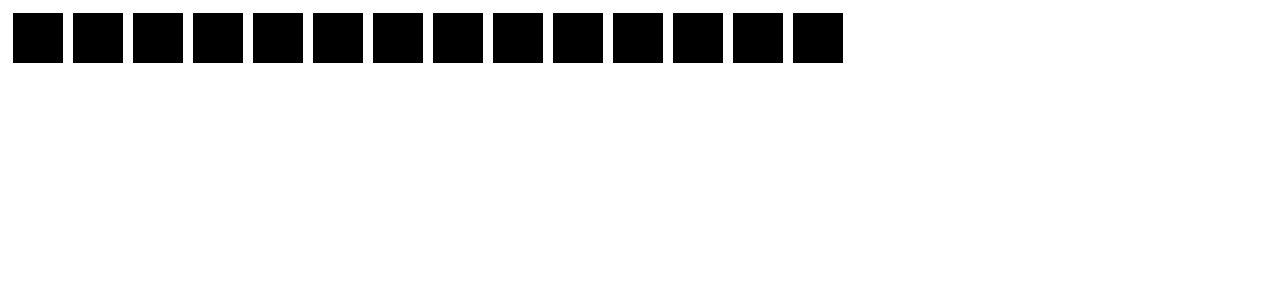
Repository: eeoooo/MINI-PROJECTS-HTML-CSS
Page: practiceCSSFlex/index.html
An editor plug-in stored every save of this project. The page is shown before and after the next save, followed by the edit.
The browser window is 1280 px wide. The pictures show the whole page.

Above is the page before, as saved 2022-07-30 15:24:46.

After the next save:
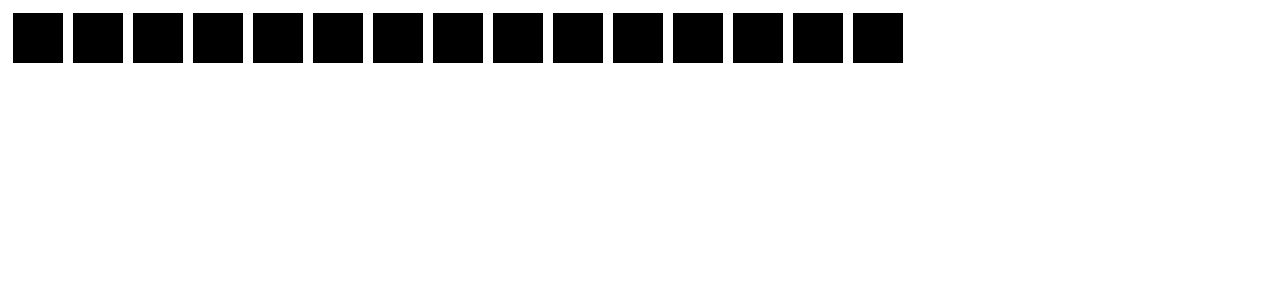
Saved 27 s later.
--- a/practiceCSSFlex/index.html
+++ b/practiceCSSFlex/index.html
@@ -9,20 +9,21 @@
 </head>
 <body>
     <div class="container">
-        <div class="box"></div>
-        <div class="box"></div>
-        <div class="box"></div>
-        <div class="box"></div>
-        <div class="box"></div>
-        <div class="box"></div>
-        <div class="box"></div>
-        <div class="box"></div>
-        <div class="box"></div>
-        <div class="box"></div>
-        <div class="box"></div>
-        <div class="box"></div>
-        <div class="box"></div>
-        <div class="box"></div>
+        <div class="box">1</div>
+        <div class="box">2</div>
+        <div class="box">3</div>
+        <div class="box">4</div>
+        <div class="box">5</div>
+        <div class="box">6</div>
+        <div class="box">7</div>
+        <div class="box">8</div>
+        <div class="box">9</div>
+        <div class="box">10</div>
+        <div class="box">11</div>
+        <div class="box">12</div>
+        <div class="box">12</div>
+        <div class="box">14</div>
+        <div class="box">15</div>
     </div>
 </body>
 </html>
